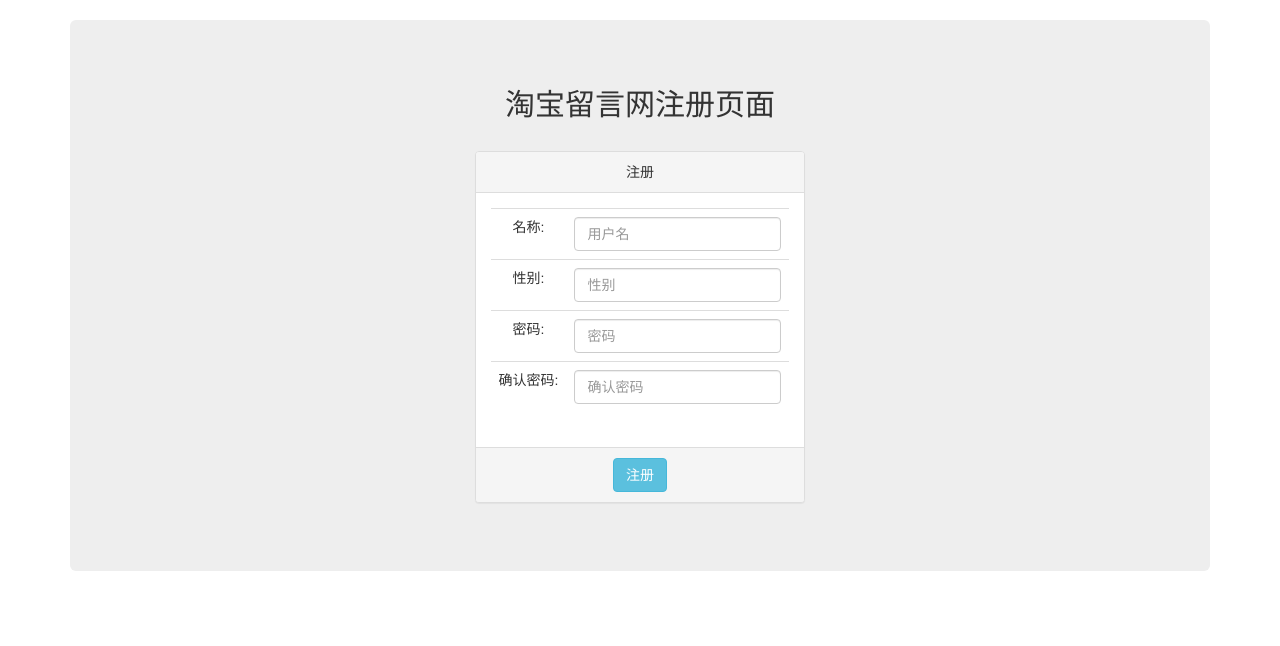
Repository: suxiaohutot/PHP
Page: http://localhost/zhuce.php
These files come from the project's save history. The page is drawn as it stood at one moment and after a run of saves; the edit follows.
The browser window is 1280 px wide. The pictures show the whole page.
The page is run by PHP 8.4 with error messages shown; the project is at /var/www/html/.

Above is the page before, as saved 2019-11-06 11:32:58.

### test/zhuce.php
<!doctype html>
<html>
<head>
	<meta charset="utf-8">
	<title>注册</title>
	<link href="css/bootstrap.min.css" rel="stylesheet" />
	<style type="text/css">
	body{ text-align:center}
	</style>
</head>
<body>
<br>
<div class="container">
	<div class="jumbotron">
    <div>
    	<form action="regist.php" method="post" class="container">
    		<div ><h2>淘宝留言网注册页面</h2></div>
    		<br>
    		<div class="form-inline">
    			<div class="form-group">
        			<div class="panel panel-default">
                    	<div class="panel-heading">
                    		注册
                    	</div>
                    	<div class="panel-body">
                    		<table class="table">
                                <tr>
                                	<td>名称:</td>
                                	<td><input type="text" name="name" class="form-control" placeholder="用户名"></td>
                                </tr>
                                <tr>
                                	<td>性别:</td>
                                	<td><input type="text" name="sex" class="form-control" placeholder="性别"></td>
                                </tr>

                                <tr>
                                	<td>密码:</td>
                                	<td><input type="password" name="password" class="form-control" placeholder="密码"></td>
                                </tr>

                                <tr>
                                	<td>确认密码:</td>
                                	<td><input type="password" name="confirmpaswd"  class="form-control" placeholder="确认密码"></td>
                                </tr>

                            </table>
                		</div>
                		<div class="panel-footer">
                			<div class="center-button">
                				<button  class="btn btn-info">注册</button>
<!--                 				class="btn btn-default" -->
    						</div>
                		</div>
            		</div>
				</div>
    		</div>

        </form>
    </div>
    </div></div>
</body>

</html>

Loaded but not shown: test/css/bootstrap.min.css (library)

After the next 2 saves:
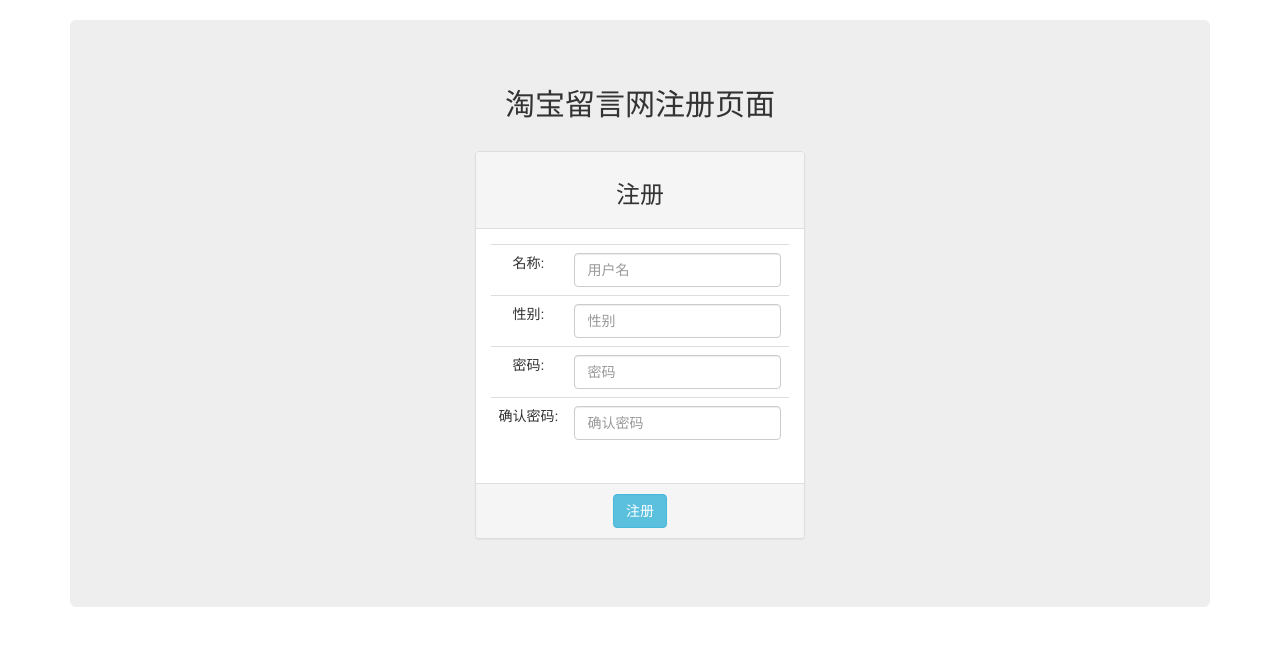
The 2 saves are shown as one change because they came seconds apart.
The last was saved 14 s later.
--- a/test/zhuce.php
+++ b/test/zhuce.php
@@ -20,7 +20,7 @@
     			<div class="form-group">
         			<div class="panel panel-default">
                     	<div class="panel-heading">
-                    		注册
+                    		<h3>注册</h3>
                     	</div>
                     	<div class="panel-body">
                     		<table class="table">
